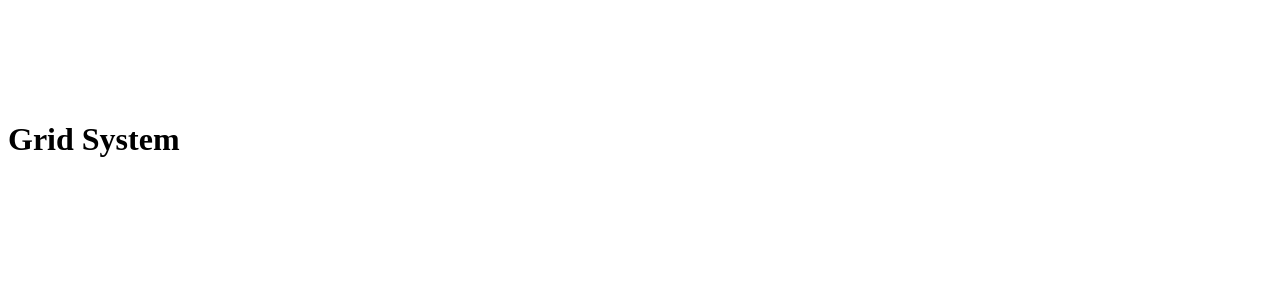
Repository: longtn213/Frond_end_HTML-CSS
Page: Front-End/DemoGrid/index.html
The author's editor kept a copy of each file at every save. The page is drawn from the files as they stood at one save, then again after the next save.
The browser window is 1280 px wide. The pictures show the whole page.

Above is the page before, as saved 2021-09-21 15:08:00.

### Front-End/DemoGrid/index.html
<!DOCTYPE html>
<html lang="en">
<head>
    <meta charset="UTF-8">
    <meta http-equiv="X-UA-Compatible" content="IE=edge">
    <meta name="viewport" content="width=device-width, initial-scale=1.0">
    <title>Document</title>
    <link rel="stylesheet" href="./grid.css">
    <style>
        h1{
            padding: 100px 0;
        }
    </style>
</head>
<body>
    <div class="grid container">
        <h1>Grid System</h1>
    </div>
</body>
</html>

### Front-End/DemoGrid/grid.css
.grid{
    width: 100%;
    /* dùng tính chất block để cho những thẻ ko có tính chất block */
    display: block;
    padding: 0;
}

After the next save:
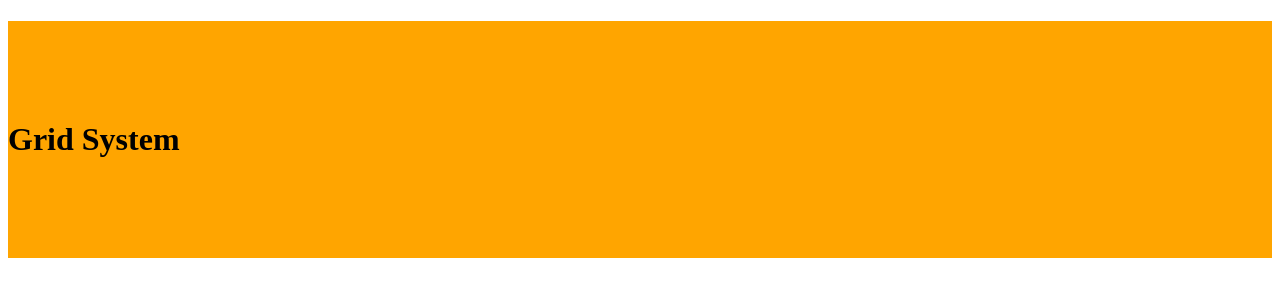
Saved 24 s later.
--- a/Front-End/DemoGrid/index.html
+++ b/Front-End/DemoGrid/index.html
@@ -7,6 +7,9 @@
     <title>Document</title>
     <link rel="stylesheet" href="./grid.css">
     <style>
+        .container{
+            background-color: orange;
+        }
         h1{
             padding: 100px 0;
         }
